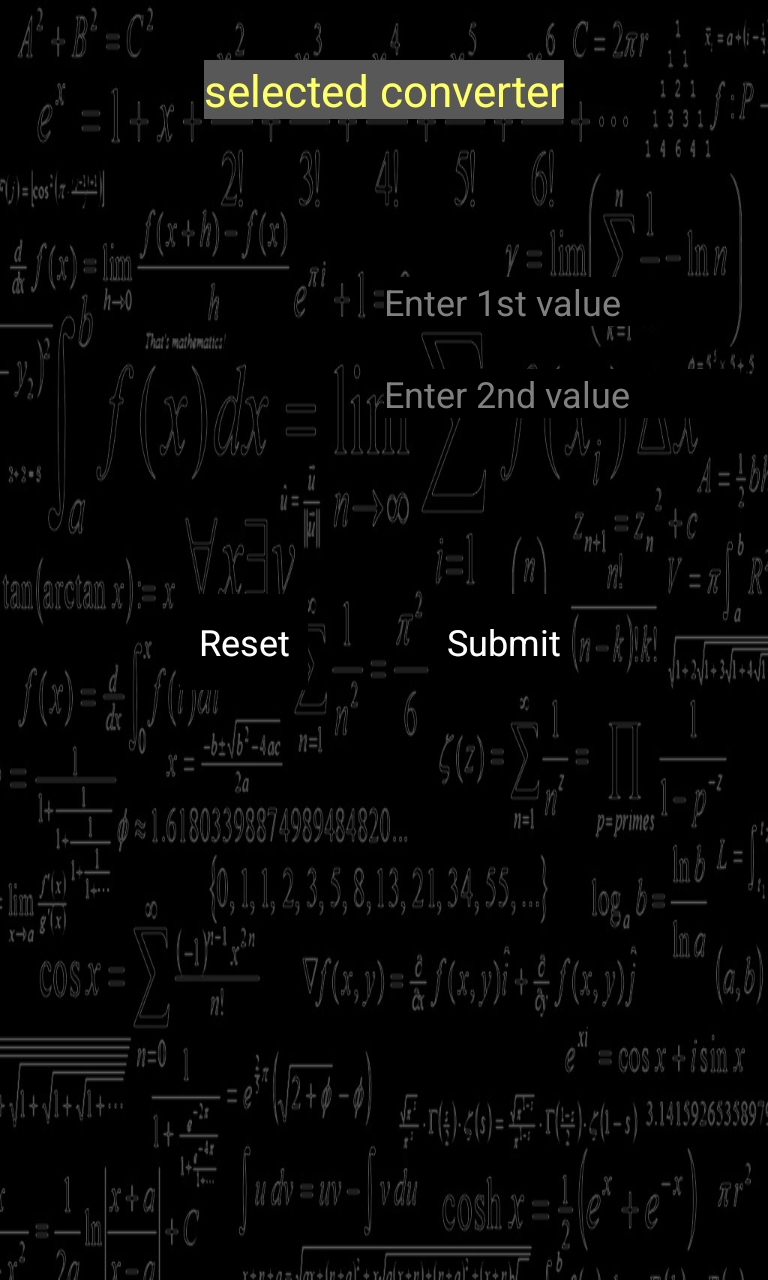
Repository: priyankaaj/practiced-apps
Layout: newProject/res/layout/activity_main.xml
An editor plug-in stored every save of this project. The layout is shown before and after the next save, followed by the edit.
It is drawn on a 768 x 1280 px phone screen (xhdpi) without system bars, with theme AppTheme; the app's code is not run.

Above is the layout before, as saved 2015-09-25 07:38:58.

### newProject/res/layout/activity_main.xml
<RelativeLayout xmlns:android="http://schemas.android.com/apk/res/android"
    xmlns:tools="http://schemas.android.com/tools"
    android:layout_width="match_parent"
    android:layout_height="match_parent"
    android:background="@drawable/maths_wallpaper"
    android:paddingBottom="@dimen/activity_vertical_margin"
    android:paddingLeft="@dimen/activity_horizontal_margin"
    android:paddingRight="@dimen/activity_horizontal_margin"
    android:paddingTop="@dimen/activity_vertical_margin"
    tools:context=".MainActivity" >

    <TextView
        android:id="@+id/selectedconverter"
        android:layout_width="wrap_content"
        android:layout_height="wrap_content"
        android:layout_alignParentTop="true"
        android:layout_centerHorizontal="true"
        android:layout_marginTop="14dp"
        android:text="selected converter"
        android:background="#585858"
        android:textColor="#FFFF66"
        android:textAppearance="?android:attr/textAppearanceLarge" />

    <Spinner
        android:id="@+id/spinnerconvertoptions"
        android:layout_width="wrap_content"
        android:layout_height="wrap_content"
        android:layout_below="@+id/selectedconverter"
        android:layout_centerHorizontal="true"
        android:background="#ffffff"
        android:textColor="#000000"
        android:layout_marginTop="19dp" />

    <Button
        android:id="@+id/buttoncancel"
        android:layout_width="wrap_content"
        android:layout_height="wrap_content"
        android:layout_alignBaseline="@+id/buttonsubmit"
        android:layout_alignBottom="@+id/buttonsubmit"
        android:layout_alignRight="@+id/spinnerconvertoptions"
        android:layout_marginRight="38dp"
        android:background="#000000"
        android:textColor="#ffffff"
        android:text="Reset" />

    <Button
        android:id="@+id/buttonsubmit"
        android:layout_width="wrap_content"
        android:layout_height="wrap_content"
        android:layout_alignLeft="@+id/entvalue2"
        android:layout_below="@+id/entvalue2"
        android:layout_marginLeft="28dp"
        android:layout_marginTop="88dp"
        android:background="#000000"
        android:text="Submit"
        android:textColor="#ffffff" />

    <EditText
        android:id="@+id/entvalue2"
        android:layout_width="wrap_content"
        android:layout_height="wrap_content"
        android:layout_alignLeft="@+id/entvalue1"
        android:layout_below="@+id/spinnerconvertoptions"
        android:layout_marginTop="106dp"
        android:background="#000000"
        android:ems="10"
        android:hint="Enter 2nd value"
        android:textColor="#ffffff" >

        <requestFocus />
    </EditText>

    <EditText
        android:id="@+id/entvalue1"
        android:layout_width="wrap_content"
        android:layout_height="wrap_content"
        android:layout_alignBottom="@+id/entvalue2"
        android:layout_alignLeft="@+id/spinnerconvertoptions"
        android:layout_marginBottom="46dp"
        android:background="#000000"
        android:ems="10"
        android:hint="Enter 1st value"
        android:textColor="#ffffff" />

</RelativeLayout>

Loaded but not shown: newProject/res/values/styles.xml (common file); newProject/res/values-v11/styles.xml (common file); newProject/res/values-v14/styles.xml (common file); newProject/res/values/dimens.xml (common file)

After the next save:
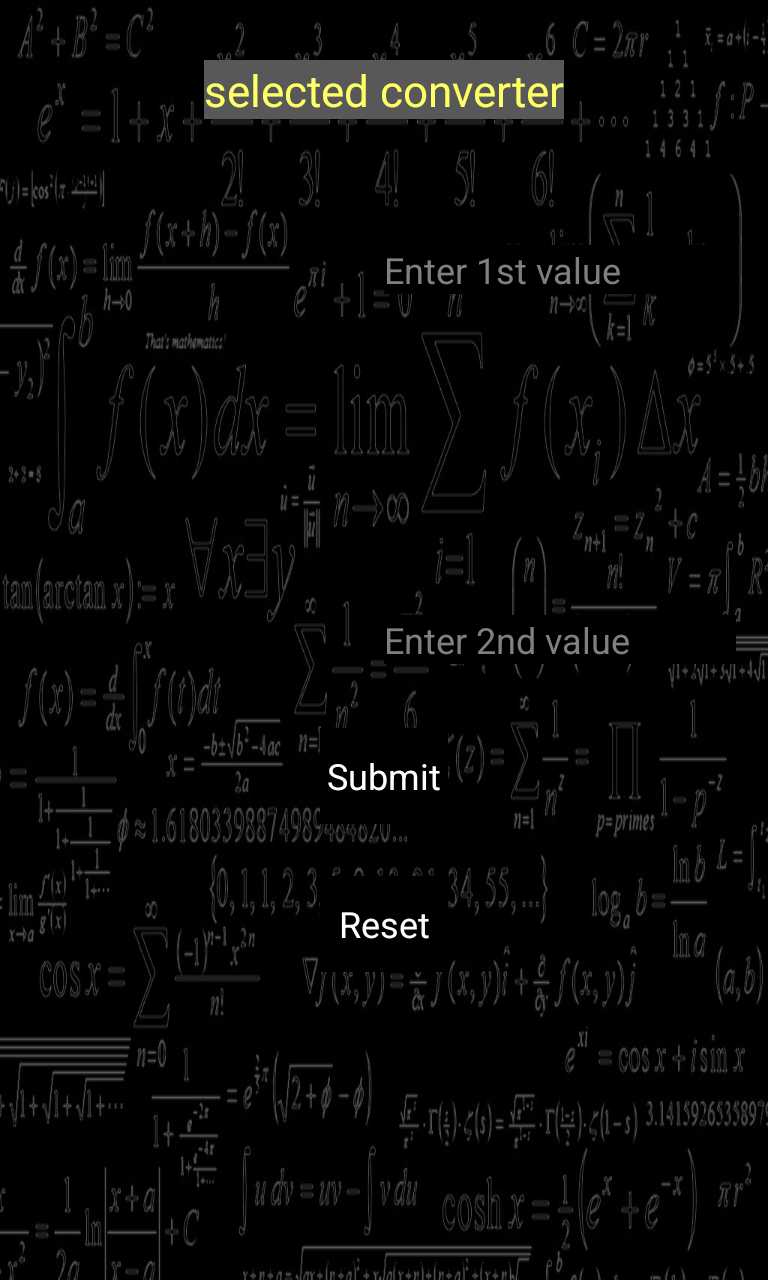
Saved 8 h 4 min later.
--- a/newProject/res/layout/activity_main.xml
+++ b/newProject/res/layout/activity_main.xml
@@ -31,28 +31,16 @@
         android:textColor="#000000"
         android:layout_marginTop="19dp" />
 
-    <Button
-        android:id="@+id/buttoncancel"
+    <EditText
+        android:id="@+id/entvalue1"
         android:layout_width="wrap_content"
         android:layout_height="wrap_content"
-        android:layout_alignBaseline="@+id/buttonsubmit"
-        android:layout_alignBottom="@+id/buttonsubmit"
-        android:layout_alignRight="@+id/spinnerconvertoptions"
-        android:layout_marginRight="38dp"
+        android:layout_alignLeft="@+id/spinnerconvertoptions"
+        android:layout_below="@+id/spinnerconvertoptions"
+        android:layout_marginTop="44dp"
         android:background="#000000"
-        android:textColor="#ffffff"
-        android:text="Reset" />
-
-    <Button
-        android:id="@+id/buttonsubmit"
-        android:layout_width="wrap_content"
-        android:layout_height="wrap_content"
-        android:layout_alignLeft="@+id/entvalue2"
-        android:layout_below="@+id/entvalue2"
-        android:layout_marginLeft="28dp"
-        android:layout_marginTop="88dp"
-        android:background="#000000"
-        android:text="Submit"
+        android:ems="10"
+        android:hint="Enter 1st value"
         android:textColor="#ffffff" />
 
     <EditText
@@ -60,26 +48,32 @@
         android:layout_width="wrap_content"
         android:layout_height="wrap_content"
         android:layout_alignLeft="@+id/entvalue1"
-        android:layout_below="@+id/spinnerconvertoptions"
-        android:layout_marginTop="106dp"
+        android:layout_centerVertical="true"
         android:background="#000000"
         android:ems="10"
         android:hint="Enter 2nd value"
-        android:textColor="#ffffff" >
+        android:textColor="#ffffff" />
 
-        <requestFocus />
-    </EditText>
-
-    <EditText
-        android:id="@+id/entvalue1"
+    <Button
+        android:id="@+id/buttonsubmit"
         android:layout_width="wrap_content"
         android:layout_height="wrap_content"
-        android:layout_alignBottom="@+id/entvalue2"
-        android:layout_alignLeft="@+id/spinnerconvertoptions"
-        android:layout_marginBottom="46dp"
+        android:layout_alignLeft="@+id/buttoncancel"
+        android:layout_below="@+id/entvalue2"
+        android:layout_marginTop="32dp"
         android:background="#000000"
-        android:ems="10"
-        android:hint="Enter 1st value"
+        android:text="Submit"
+        android:textColor="#ffffff" />
+
+    <Button
+        android:id="@+id/buttoncancel"
+        android:layout_width="wrap_content"
+        android:layout_height="wrap_content"
+        android:layout_below="@+id/buttonsubmit"
+        android:layout_centerHorizontal="true"
+        android:layout_marginTop="26dp"
+        android:background="#000000"
+        android:text="Reset"
         android:textColor="#ffffff" />
 
 </RelativeLayout>
